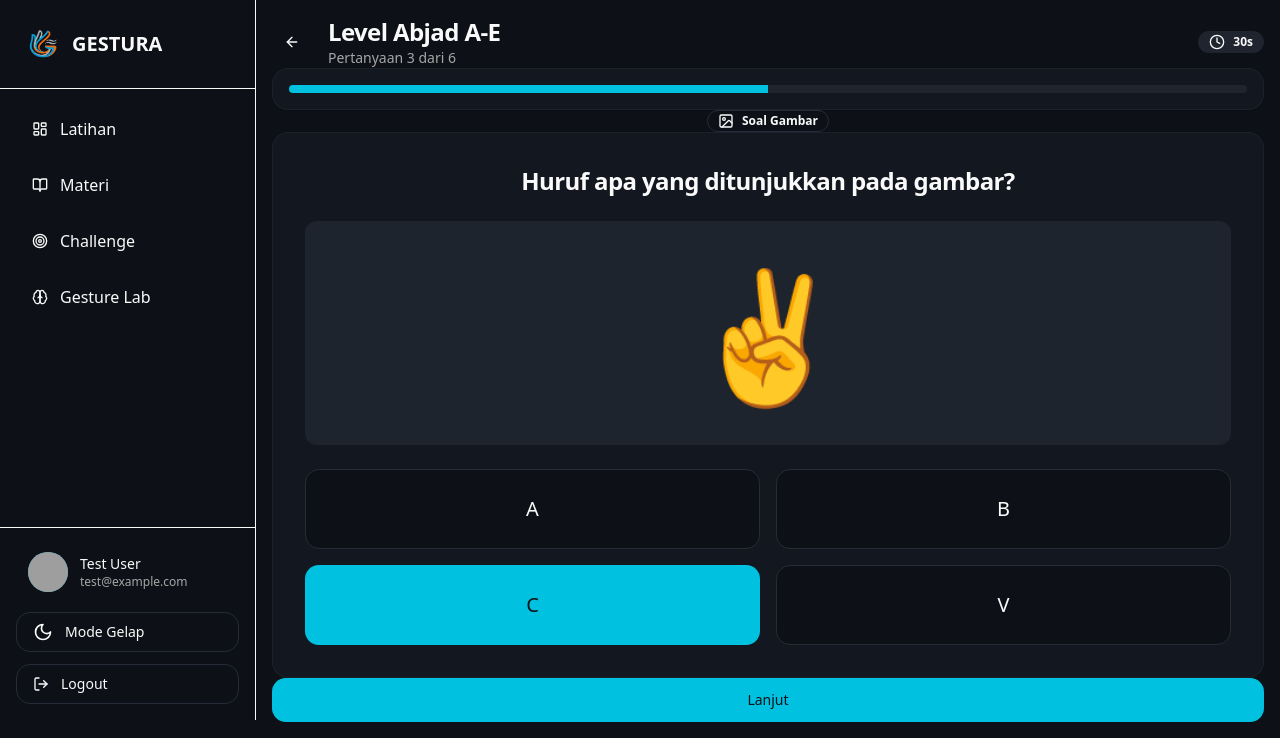
Repository: Tisna7/GESTURA
Page: http://localhost/latihan-isi-3
These files come from the project's save history. The page is drawn as it stood at one moment and after the next save; the edit follows.
The browser window is 1280 px wide. The pictures show the whole page.
Pictures or frames that could not be fetched are drawn as grey boxes. The page is served by the project's Laravel application, run on PHP 8.4 with Laravel 12. A made-up administrator, Test User (test@example.com), is signed in. Style sheets and scripts are compiled from the project's sources, by tool versions that may differ from the author's.

Above is the page before, as saved 2025-11-23 21:24:52.

After the next save:
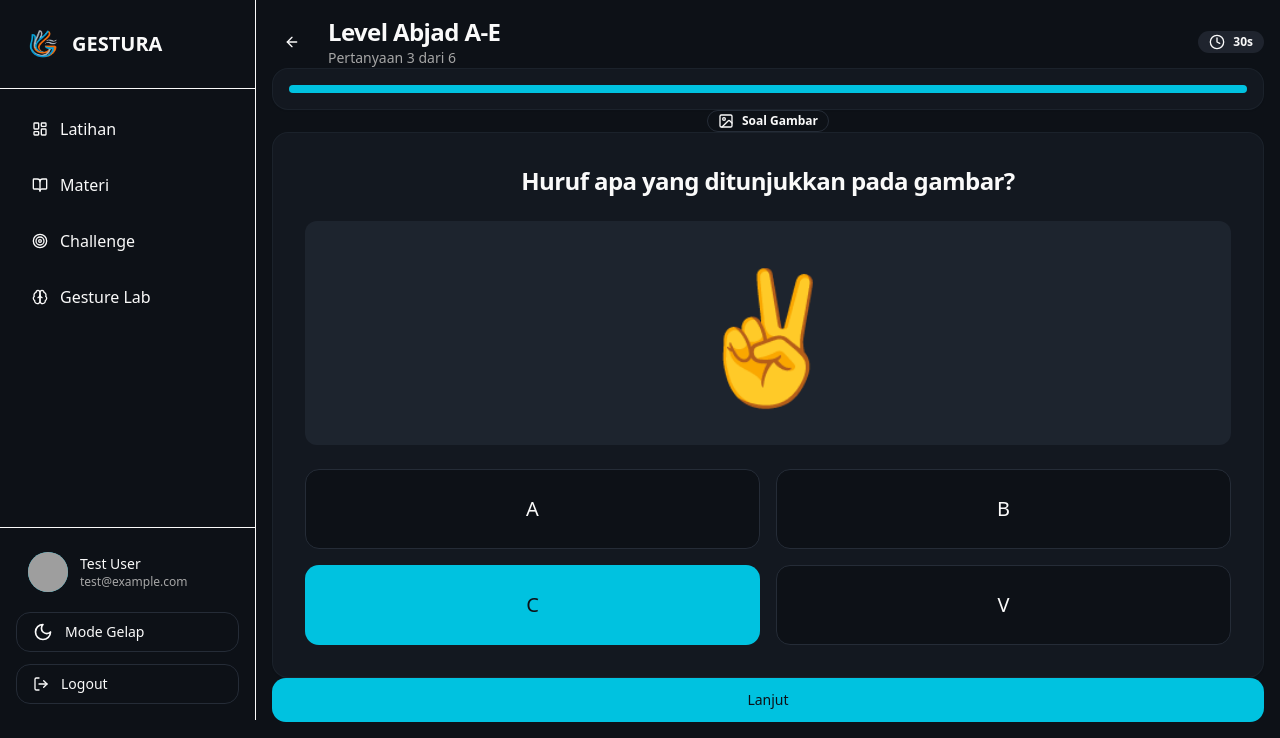
Saved 43 s later.
--- a/resources/views/user/quiz-isi-3.blade.php
+++ b/resources/views/user/quiz-isi-3.blade.php
@@ -29,13 +29,7 @@
                     <polyline points="12 6 12 12 16 14"></polyline>
                 </svg>30s</div>
         </div>
-        <div class="rounded-lg border text-card-foreground shadow-sm p-4 bg-card border-border/50">
-            <div aria-valuemax="100" aria-valuemin="0" role="progressbar" data-state="indeterminate" data-max="100"
-                class="relative w-full overflow-hidden rounded-full bg-secondary h-2">
-                <div data-state="indeterminate" data-max="100" class="h-full w-full flex-1 bg-primary transition-all"
-                    style="transform: translateX(-50%);"></div>
-            </div>
-        </div>
+        <div class="rounded-lg border text-card-foreground shadow-sm p-4 bg-card border-border/50"><div aria-valuemax="100" aria-valuemin="0" role="progressbar" data-state="indeterminate" data-max="100" class="relative w-full overflow-hidden rounded-full bg-secondary h-2"><div data-state="indeterminate" data-max="100" class="h-full w-full flex-1 bg-primary transition-all" style="transform: translateX(0%);"></div></div></div>
         <div class="flex justify-center">
             <div
                 class="inline-flex items-center rounded-full border px-2.5 py-0.5 text-xs font-semibold transition-colors focus:outline-none focus:ring-2 focus:ring-ring focus:ring-offset-2 text-foreground gap-2">
